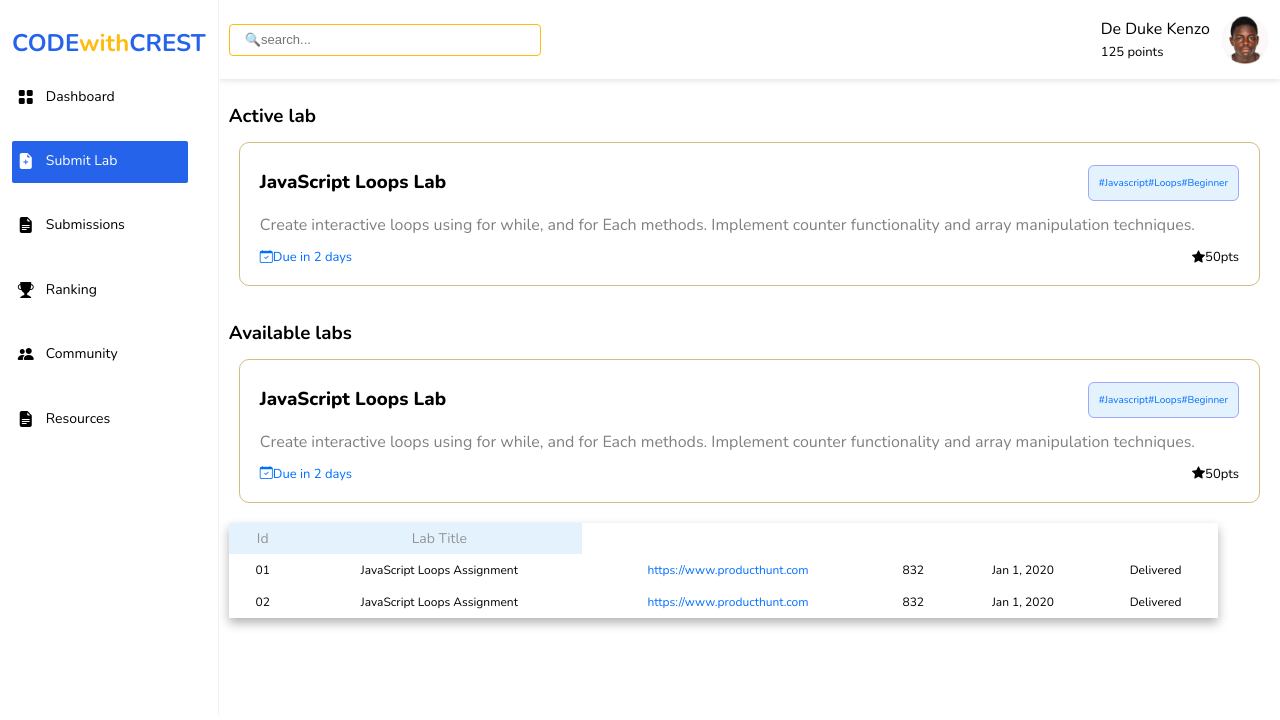
Repository: CarlTeclancing/codewithcrest
Page: /dashboard/submitlab
The author's editor kept a copy of each file at every save. The page is drawn from the files as they stood at one save, then again after the next save.
The browser window is 1280 px wide. The pictures show the whole page.
The project was rebuilt for these pictures with package versions that can differ from the ones it lists, and the page was loaded fresh each time. Also part of the build but not shown: vite.config.js, src/pages/Dashboard/Dashboard.jsx, src/components/UserCard.jsx, src/pages/ranking/Ranking.jsx, src/components/GuideLines.jsx, src/pages/submission/Submission.jsx, src/components/CommunityPost.jsx, src/pages/community/Community.jsx and 12 more.

Above is the page before, as saved 2025-09-09 14:28:48.

### index.html
<!doctype html>
<html lang="en">
  <head>
    <meta charset="UTF-8" />
    <link rel="icon" type="image/svg+xml" href="./src/assets/react.svg" />
    <meta name="viewport" content="width=device-width, initial-scale=1.0" />
    <title>CODEwithCREST</title>
    <link rel="stylesheet" href="https://cdn.jsdelivr.net/npm/bootstrap-icons@1.13.1/font/bootstrap-icons.min.css">
    <!-- fonts-->
     <link rel="preconnect" href="https://fonts.googleapis.com">
     <link rel="preconnect" href="https://fonts.gstatic.com" crossorigin>
     <link href="https://fonts.googleapis.com/css2?family=Nunito:ital,wght@0,200..1000;1,200..1000&display=swap" rel="stylesheet">
  </head>
  <body>
    <div id="root"></div>
    <script type="module" src="/src/main.jsx"></script>
  </body>
</html>

### src/main.jsx
import { StrictMode } from 'react'
import { createRoot } from 'react-dom/client'
import './index.css'
import App from './App.jsx'
import 'react-responsive-modal/styles.css';


createRoot(document.getElementById('root')).render(
  <StrictMode>
    <App/>
  </StrictMode>,
)

### src/index.css
:root {
  /* CSS variables */
   --primary-color: #5B0C4E;
   --primary-color-hover: #5b0c4edc;
   --bg-color: #FFFAFE;
   --bg-white: #ffffff;
   --text-color: #262626;
   --border-color: #93B4FD;
   --bg-tab: #DECADB;

   --pending: #EA5254;
   --completed: #3CDA7D;
   --in-progress: #F9BD3B;

   --primary-white-color: white;
   --primary-black-color: black;
   --primary-error-color: red;
 }

body{
  /* border: solid 1px blue; */
  margin: 0%;
  width: 100%;
  height: auto;
  /* display: flex; */
  /* justify-content: center; */
  font-family: "Nunito", sans-serif;
  font-optical-sizing: auto;
  font-weight: 400;
  font-style: normal;
  overflow-x: hidden;
}
/* .post{
  width: 80%;
  display: flex;
  flex-direction: row;
  flex-wrap: wrap;
  align-items: center;
  justify-content: center;
}
.individual-post{
  width: 500px;
  height: auto;
  background-color: rgba(0, 0, 0, 0.05);
  margin: 12px;
  padding: 24px;
  border-radius: 12px;
  border: 1px solid rgba(0, 0, 0, 0.05);
  color: black;
} */

### src/App.jsx
import React  from 'react'
import { createBrowserRouter, RouterProvider ,Route ,Routes } from 'react-router-dom'

import Dashboard from './pages/Dashboard/Dashboard.jsx'
import Ranking from './pages/ranking/Ranking.jsx'
import Submission from './pages/submission/Submission.jsx'

import SubmitLab from './pages/submitLab/SubmitLab.jsx'
import Community from './pages/community/Community.jsx'
import Resources from './pages/resources/Resources.jsx'
import Assistant from './pages/assistant/Assistant.jsx'
import Login from './pages/auths/login/Login.jsx'
import Register from './pages/auths/register/_Register.jsx'
import PersonalInfo from './pages/auths/register/PersonalInfoForm.jsx'
import Experience from './pages/auths/register/ExperienceForm.jsx'
import Program from './pages/auths/register/ProgramForm.jsx'
import { UserProvider } from './providers/userProvider.jsx'
import DashboardLayout from './Layout/DashboardLayout.jsx'
import Subscribe from './pages/subscribe/Subscribe.jsx'

function App() {

  const router = createBrowserRouter([
    {path:'/', element:<Login />},
    // No landing page
    // Auth pages
    {path:'/login',  index:true,element:<Login />},
    {path:'/register', element:<Register />},
    {path:'/personal-information', element:<PersonalInfo />},
    {path:'/program', element:<Program />},
    {path:'/experience', element:<Experience/>},

    // Subscribtion page
    {
      path:'/subscribe',
      element:<Subscribe/>
    },

    // Dashboard pages
    {
      path:'/dashboard',
      element:<DashboardLayout/>,
      children:[
        {
          index:true,
          element:<Dashboard/>
        },
        {path:'submissions', element:<Submission />},
        {path:'submitlab', element:<SubmitLab />},
        {path:'community', element:<Community />},
        {path:'ranking', element:<Ranking />},
        {path:'resources', element:<Resources />},

      ]
    },

    // {path:'/ranking', element:<Ranking />},
    // {path:'/bugtracking', element:<BugTracking />},
    // {path:'/hello', element:<Hello />},
    // {path:'/assistant', element:<Assistant />}

  ]);

  return (
    <>
      <UserProvider>
        <RouterProvider router={router} />
      </UserProvider>
    </>
  )
}

export default App

const Temp = () => {
  return(
    <>
      testing temp comp
    </>
  )
}

### src/pages/submitLab/SubmitLab.jsx
import React ,{useState ,useEffect} from 'react'
import './submitlab.css'
import { Link } from 'react-router-dom'
import LabInfo from '../../components/LabInfo.jsx'
import { HOST_NAME } from '../../../globals.js'
import {Modal} from 'react-responsive-modal'

const lab = [
  { title: 'JavaScript Loops Lab', hashtags:['#Javascript', '#Loops' ,'#Beginner'], task:'Create interactive loops using for while, and for Each methods. Implement counter functionality and array manipulation techniques.' , deadline: 'Due in 2 days', point: '50pts' },
];

function SubmitLab() {

  const [labs , setLabs] = useState()
  const [loading ,setLoading] = useState(false)
  const [error ,setError] = useState('')
  const [showModal ,setShowModal] = useState(false)

  async function getLabs(){
    try{
      setLoading(true)
      setError('')
      const response = await fetch(`${HOST_NAME}/api/lab/user/${'user.id'}`)
      const data = await response.json()
      if(response.ok){
        // setLabs(data.labs)
      }else{
        setError(data.error)
      }

    }
    catch(e){
      console.log(e);

    }finally{
      setLoading(false)
    }
  }

  useEffect(()=>{
    // getLabs()
  },[0])

  return (
    <div className='dashboard-container'>

      <SubmitLabModal showModal={showModal} setShowModal={setShowModal} />

      <div style={{lineHeight:'100%'}}>
        <h3>Active lab</h3>
        <div className='labs-container'>
          {lab.slice(0 ,1).map((lab, index) => (
            <LabInfo
              key={index}
              title={lab.title}
              hashtags={lab.hashtags}
              task={lab.task}
              deadline={lab.deadline}
              point={lab.point}
              active={true}
              onClick={()=>setShowModal(true)}
            />
          ))}
        </div>
      </div>

      <div style={{lineHeight:'100%'}}>
        <h3>Available labs</h3>
        <div className='labs-container'>
          {lab.map((lab, index) => (
            <LabInfo
              key={index}
              title={lab.title}
              hashtags={lab.hashtags}
              task={lab.task}
              deadline={lab.deadline}
              point={lab.point}
            />
          ))}
        </div>
      </div>

      <table>
        <thead>
        <tr>
            <th>Id</th>
            <th>Lab Title</th>
        </tr>
        </thead>
        <tbody>
        <tr>
            <td>01</td>
            <td>JavaScript Loops Assignment</td>
            <td className='url'>https://www.producthunt.com</td>
            <td>832</td>
            <td>Jan 1, 2020</td>
            <td>Delivered</td>
        </tr>
        <tr>
            <td>02</td>
            <td>JavaScript Loops Assignment</td>
            <td className='url'>https://www.producthunt.com</td>
            <td>832</td>
            <td>Jan 1, 2020</td>
            <td>Delivered</td>
        </tr>
        </tbody>
      </table>

    </div>
  )
}

export default SubmitLab


const SubmitLabModal = ({showModal ,setShowModal}) =>{

  function handleChange(e){
    setInfo({...info ,[e.target.name]:e.target.value})
  }

  return(
    <>
      <Modal open={showModal} onClose={()=>setShowModal(false)} >
        <p>
          <h3 style={{textAlign:'center'}}>Submit Lab/Challenge</h3>

          <form onSubmit="">
            <div className="form-group">
              <div>
                <label htmlFor="">Title</label>
                <input
                  type="text"
                  name=''
                  onChange={handleChange}
                />
              </div>
              <div>
                <label htmlFor="">Technologies Used</label>
                <input
                  type="text"
                  name='technologiesUsed'
                  onChange={handleChange}
                />
              </div>
            </div>

            <div className="form-group">
              <div>
                <label htmlFor="">Live Preview URL</label>
                <input
                  type="url"
                  name='liveURL'
                  placeholder='https://your-project.netlify.app'
                  onChange={handleChange}
                />
              </div>
              <div>
                <label htmlFor="">GitHub Repository URL</label>
                <input
                  type="url"
                  name='githubURL'
                  placeholder='https://github.com/username/repository'
                  onChange={handleChange}
                />
              </div>
            </div>

            <div className="form-group">
              <div>
                <label htmlFor="">Lab Description</label>
                <textarea name="decription" id="decription" onChange={handleChange}></textarea>
              </div>
              <div>
                <label htmlFor="">Comments or Notes</label>
                <textarea name="comments" id="comments" onChange={handleChange}></textarea>
              </div>
            </div>

            <div style={{display:'flex', alignItems:'center'}}>
              <input style={{width:'auto'}} type="checkbox" /><label htmlFor="">Notify me when reviewed</label>
            </div>
            <br />
            <label>Challenge/Lab</label><br />
            <select style={{width:'95%', backgroundColor:'#bcbcbcff'}} name="" id="">
              <option value="">Select a Challenge</option>
            </select>
              <br /> <br />

            <div style={{display:'flex', justifyContent:'space-between'}}>
              <div style={{display:'flex', alignItems:'center'}}>
                <button className='btnl'>Clear Form</button>
                <button className='btnl'>Save as draft</button>
              </div>
              <button className='button'>Submit</button>
            </div>
          </form>

          {/* <div className="submit-option">
            <button className={`button ${location.pathname === "" ? "active" : ""}`}>Upload File</button>
            <button className={`button ${location.pathname === "" ? "active" : ""}`}>Submit Link</button>
          </div>

          <div className="upload">
            <form action="">
                <p>Drag and drop your files here! or</p>
                <input type="file" /><br />
                <span>Accepted formats: .zip, .html, .js, .py, .txt</span>
            </form>
          </div> */}
        </p>
      </Modal>
    </>
  )
}

### src/providers/userProvider.jsx
import React ,{createContext ,useState} from "react";


const UserContext = createContext()

export const UserProvider = ({children}) => {
    const [user ,setUser] = useState()

    return (<UserContext.Provider value={{user:user ,setUser:setUser}}  >{children}</UserContext.Provider>)
}

export default UserContext

### src/Layout/DashboardLayout.jsx
import React from "react";
import Sidebar from "../components/Sidebar";
import { Outlet } from "react-router-dom";
import Header from "../components/Header";
import '../styles/layout.css'


const DashboardLayout = () => {
    return(
        <React.Fragment>
            <div style={{border:'solid 0px blue',display:'flex' }}>
                <Sidebar/>

                <div style={{border:'solid 0px red' ,flex:1 ,display:'flex', flexDirection:'column'}}>
                    <div>
                        <Header/>
                    </div>
                    <div>
                        <Outlet/>
                    </div>
                </div>
            </div>

        </React.Fragment>
    )
}

export default DashboardLayout

### src/pages/Dashboard/dashboard.css
.box-updates{
  display: flex;
}
.box{
  display: flex;
  flex-direction: column;
  justify-content:center;
  width:250px ;
  max-width:250px ;
  padding: 15px;
  background-color: white;
  margin-right: 20px;
  border-radius: 5px;
  box-shadow: 0 3px 5px rgba(0, 0, 0, 0.2);
}
.yellow{
    color: #FFBC10;
}
.graph{
    margin-top: 25px;
    text-align: center;
    color: #FFBC10;
}
.updates{
  margin-top: 25px;
}
th{
  background-color: #94bbe6;
  color: #fff;
  font-size: 13px;
}
td,th{
  padding: 6px 5px;
  font-size: 14px;
}
table{
  width: 95%;
  font-size: 14px;
  box-shadow: 0 5px 10px rgba(0, 0, 0, 0.3);
  background-color: #fff;
  overflow: hidden;
  border-collapse: collapse;
  text-align: center;
}

### src/pages/ranking/ranking.css
.total-points{
    color: #2563EB;
    font-size: 19px;
    font-weight: bolder;
}
.points-earned{
    color: #16A34A;
    font-size: 19px;
    font-weight: bolder;
}
.points-lost{
    color: #DC2626;
    font-size: 19px;
    font-weight: bolder;
}
.progress{
    padding: 20px;
    width: 90%;
    display: flex;
    margin-top: 25px;
    flex-direction: column;
    background-color: white;
    border-radius: 3px;
    box-shadow: 0 3px 5px rgba(0, 0, 0, 0.2);
}
progress{
  width: 100%;
  height: 8px;
  border-radius: 10px;
  overflow: hidden;
  appearance: none;
}
progress::-webkit-progress-bar {
    height: 8px;
    border-radius: 10px;
    background-color: #eee;
}
progress::-webkit-progress-value {
  background-color: #2563EB;
  border-radius: 10px;
  height: 8px;
}
.bottom-line{
    display: flex;
    justify-content: space-between;
}
.blue{
    color: #2563EB;
}
.top-coders{
    padding: 20px !important;
    display: flex;
    width: 90%;
    display: flex;
    margin-top: 25px;
    flex-direction: column;
    background-color: white;
    border-radius: 3px;
    box-shadow: 0 3px 8px rgba(0, 0, 0, 0.2);
}
.first-line{
    display: flex;
    align-items: center;
    justify-content: space-between;
}
.box .p{
    color: #959595;
}
.first-line a{
    color: white;
    padding: 8px 10px;
    border-radius: 5px;
    text-decoration: none;
    background-color: #2563EB;
}
.leader-board{
    display: flex;
    margin: 10px 0;
}
.user-card {
  display: flex;
  flex-direction: column;
  align-items: center;
  justify-content: space-between;
  background-color: #f5e2b3;
  border:  1px solid #FFBC10;
  border-radius: 12px;
  padding: 10px 16px;
  margin-right: 20px;
  width: 150px;
}
.profile-pic {
  width: 70px;
  height: 50px;
  border-radius: 50%;
  margin:0;
}
.user-info {
  width: 97%;
  display: flex;
  align-items: center;
  justify-content: space-between;
}
.user-name{
    margin: 0%;
}
.user-points{
    margin: 0%;
}
.taple-point{
    color: #16A34A;
}
.filter{
    display: flex;
}
select{
    padding: 5px 10px;
    margin-left: 10px;
    outline: none;
}

### src/components/LabInfo.jsx
import React from 'react'

function LabInfo({ title, hashtags, task, deadline, point }) {
  return (
    <div className='lab-info'>
        <div>
            <div className="headline">
                <h3>{title}</h3>
                <div >
                    <span className="hashtags">{hashtags}</span>
                </div>
            </div>
            <p className='task'>{task}</p>
            <div className="bottom-line">
                <div className="deadline">
                    <i class="bi bi-calendar-check"></i>
                    <span>{deadline}</span>
                </div>
                <div className="points">
                    <i class="bi bi-star-fill"></i>
                    <span>{point}</span>
                </div>
            </div>
        </div>
    </div>
  )
}

export default LabInfo

### src/pages/community/community.css
.community-page{
    display: flex;
    gap: 20px;
    /* padding-right: 20px; */
}
.form-post span{
    margin-right: 10px;
}
.left-side{
    /* width: 60%; */
    flex: 1;
    display: flex;
    /* margin-right: 20px; */
    flex-direction: column;
}
.right-side{
    width: 250px;
    display: flex;
    flex-direction: column;
    font-size: small;
    gap: 15px;
}
.firstline{
    display: flex;
    align-items: center;
}
.contributor-info{
    display: flex;
    flex-direction: column;
    /* border: solid 1px red; */
    padding: 0;
    margin: 0;
    line-height: normal;
}
.contributors img{
  width: 40px;
  height: 40px;
  background-color: rgba(0,0,0,0.2);
  border-radius: 50%;
  margin-right: 20px;
}
input{
    height: 23px;
}
textarea{
    height: 70px;
}
input, textarea{
    width:90%;
    outline: none;
    padding: 5px 10px;
    border-radius: 3px;
    border: 1px solid #959595;
}
.bottom{
    display: flex;
    align-items: center;
    justify-content: space-between;
}
.add a{
    color: #959595;
    margin-right: 15px;
    text-decoration: none;
}
.bottom button{
    color: white;
    padding: 8px 12px;
    border-radius: 6px;
    border: 1px solid #9b83fc;
    background-color: #9b83fc;
}
.trends{
    display: flex;
    justify-content: space-between;
}
.hashtag{
    color: #9b83fc;
}
.top-contributors{
    display: flex;
    flex-direction: column;
    gap: 7px;
}
.contributors, .top-contributors{
    margin: 0% !important;
}
.contributors{
    display: flex;
    align-items: center;
}
.contributor-point{
    color: #959595;
}
.suggestion{
    padding: 5px 10px;
    margin-bottom: 10px;
    border-radius: 4px;
    background-color: #f3f2f2;
}
.level-name{
    color: #16A34A;
}
.suggestion p, .level-point{
    color: #959595;
}
.post-profile{
    display: flex;
    padding: 10px 0px;
    align-items: center;
    gap: 5px;
}
.form-post{
    padding: 0px 20px;
    border-radius: 3px;
    border: 1px solid #959595;
}
.post-profile img{
    width: 45px;
    height: 45px;
    background-color: rgba(0,0,0,0.2);
    border-radius: 20px;
}
.post-profile .name{
    font-weight: bold;
}
.post-profile .time{
    font-size: small;
    color: grey;
}
.post-profile-info{
    display: flex;
    flex-direction: column;
}

### src/components/Sidebar.jsx
import React from 'react'
import { Link  ,useLocation } from 'react-router-dom'
import '../styles/sideBarStyles.css'


function Sidebar() {

   const location = useLocation()

  return (
    <div className='sidebar-admin'>
         <h2 className="logo p-10"><span>CODE</span>with<span>CREST</span></h2>
         <div className="navbar p-10">
               <Link className={`section ${location.pathname === "/dashboard" ? "active" : ""}`} to="/dashboard" >
                  <i className="bi bi-grid-fill"></i>
                  <span className='nav-element'>Dashboard</span>

               </Link>
               <Link className={`section ${location.pathname === "/dashboard/submitlab" ? "active" : ""}`} to="/dashboard/submitlab">
                  <i class="bi bi-file-earmark-plus-fill"></i>
                  <span className='nav-element'>Submit Lab</span>
               </Link>
               <Link className={`section ${location.pathname === "/dashboard/submissions" ? "active" : ""}`} to="/dashboard/submissions">
                  <i class="bi bi-file-earmark-text-fill"></i>
                  <span className='nav-element'>Submissions</span>
               </Link>
               <Link className={`section ${location.pathname === "/dashboard/ranking" ? "active" : ""}`} to="/dashboard/ranking">
                  <i class="bi bi-trophy-fill"></i>
                  <span className='nav-element'>Ranking</span>
               </Link>
               <Link className={`section ${location.pathname === "/dashboard/community" ? "active" : ""}`} to="/dashboard/community">
                  <i class="bi bi-people-fill"></i>
                  <span className='nav-element'>Community</span>
               </Link>
               <Link className={`section ${location.pathname === "/dashboard/resources" ? "active" : ""}`} to="/dashboard/resources">
                  <i class="bi bi-file-earmark-text-fill"></i>
                  <span className='nav-element'>Resources</span>
               </Link>
               {/* <Link className={`section ${location.pathname === "/dashboard/assistant" ? "active" : ""}`} to="/dashboard/assistant">
                  <i class="bi bi-file-earmark-text-fill"></i>
                  <span className='nav-element'>Assistant</span>
               </Link> */}
         </div>

      </div>
  )
}

export default Sidebar

### src/components/Header.jsx
import React ,{useState ,useEffect} from 'react'
// import  './layout.css'
import Img1 from '../assets/img1.jpg'


function Header() {

  const [showMenu ,setShowMenu] = useState(false)

  useEffect(()=>{
    if(window.innerWidth <= 500){
      setShowMenu(true)
    }
  },[window.innerWidth])
  console.log(showMenu);


  return (
    <div className='head'>
      {/* {showMenu && <div>
          <span className='bi bi-menu'>🍺</span>
      </div>} */}

      {/* <h2 className="logo"><span>CODE</span>with<span>CREST</span></h2> */}
        <div>
          <span style={{display:'flex', alignItems:'center'}}>
            <input type="text"  className='search' placeholder='🔍search...  '/>
          </span>
        </div>

        <div className="profile" style={{cursor:'pointer'}}>
            <p className='name'>De Duke Kenzo<br/><span className='points'>125 points</span></p>
            <img src={Img1} alt="" />
        </div>
    </div>
  )
}

export default Header

### src/styles/layout.css

.guidelines{
  /* border: solid 1px cyan; */
  padding: 5px;
}
.guide{
  width: 250px;
  border-radius: 10px;
  font-size: small;
  border: 1px solid #93B4FD;
  background-color: #F0F9FF;
  padding:10px;
  display: flex;
  flex-direction: column;
  color: grey;
}
.guide h3{
  color: black;
  /* line-height: normal; */
}
.guide ul{
  list-style: none;
}
.guide-container{
  /* width: 100%; */
  display: flex;
  flex-wrap: wrap;
  gap: 15px;
  /* justify-content: space-between; */
}
.guide-container div:first-child{
  border-left: 4px solid var(--primary-color);
}
.guide-container div:nth-child(2){
  border-left: 4px solid var(--primary-error-color);
  /* margin-left: 12px; */
}
.guide-container div:nth-child(3){
  border-left: 4px solid var(--completed);
  /* margin-left: 12px; */
}

.nav-element{
  margin-left: 12px;
  font-size: 14px;
  width: 100%;
}

.head{
  padding: 10px;
  height:59px;
  /* width: 98%; */
  display: flex;
  align-items: center;
  justify-content: space-between !important;
  background-color: #ffffff;
  box-shadow: 0 2px 5px rgba(0, 0, 0, 0.1);
}

.icon{
  margin-right: 10px;
}
.search{
  width: 280px;
  height: 30px;
  outline: none;
  border-radius: 4px;
  border: 1px solid #FFBC10;
  padding: 0 15px;
}
.profile{
  display: flex;
  align-items: center;
}
.profile img{
  width: 50px;
  border-radius: 50%;
  margin-left: 10px;
}

.dashboard-container{
  padding: 10px;
  padding-bottom: 50px;
  /* border: solid 1px green; */
  overflow: auto;
  display: flex;
  flex-direction: column;
  gap: 20px;
}

### src/styles/sideBarStyles.css
.sidebar-admin{
  top: 0;
  max-width: 200px;
  display: flex;
  padding: 12px;
  flex-direction: column;
  background-color: #ffffff;
  scroll-behavior: smooth;
  border-right: solid 1px rgba(0,0,0,0.05);
  /* border: solid 1px red; */
  position: sticky;
  height: 96vh;
}
.sidebar-admin a{
  text-decoration: none;
  color: black;
  margin-bottom: 20px;
  background-color: rgba(255, 255, 255, 0.527);
  border-radius: 3px;
  transition: 0.3s, color 0.3s;
  display: flex;
}
.navbar{
  display: flex;
  flex-direction: column;
  justify-content: space-between;
}
.logo{
 margin:0px;
 font-weight: bolder;
 color: #FFBC10;
 line-height: normal;
 padding: 15px 0px;
}
.logo span{
  color: #2563EB;
}
.section{
  margin: 3px 0;
  width: 85%;
  padding: 5% 3%;
  border-radius: 2px;
}
.section:hover, .section.active{
  cursor: pointer;
  border-radius: 2px;
  color: white;
  background-color: #2563EB;
}

@media screen and (max-width:500px) {
.sidebar-admin{
  border: solid 1px red;
  padding: 0px;
  max-width: 0px;
  overflow: hidden;
}

}

Loaded but not shown: globals.js (3 lines, source omitted); src/pages/resources/resource.css (164 lines, source omitted); src/pages/submitLab/submitlab.css (134 lines, source omitted)

After the next save:
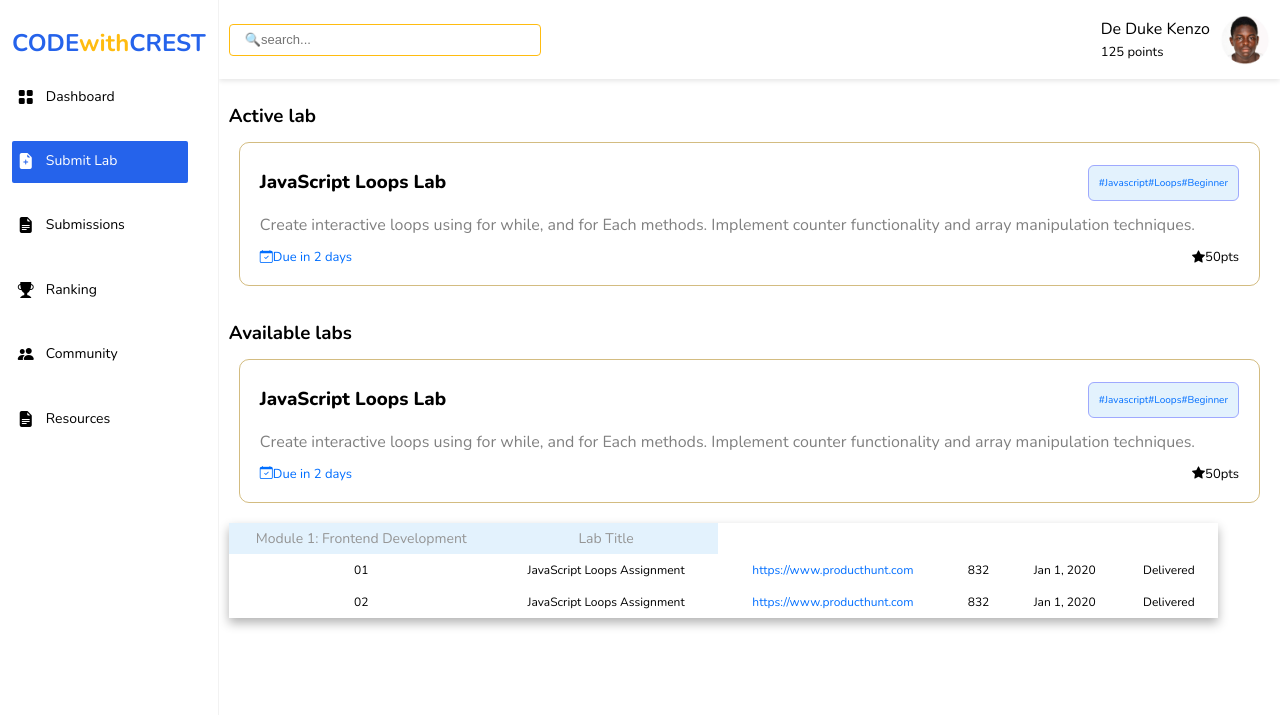
Saved 4 s later.
--- a/src/pages/submitLab/SubmitLab.jsx
+++ b/src/pages/submitLab/SubmitLab.jsx
@@ -83,7 +83,7 @@ function SubmitLab() {
       <table>
         <thead>
         <tr>
-            <th>Id</th>
+            <th>Module 1: Frontend Development</th>
             <th>Lab Title</th>
         </tr>
         </thead>
